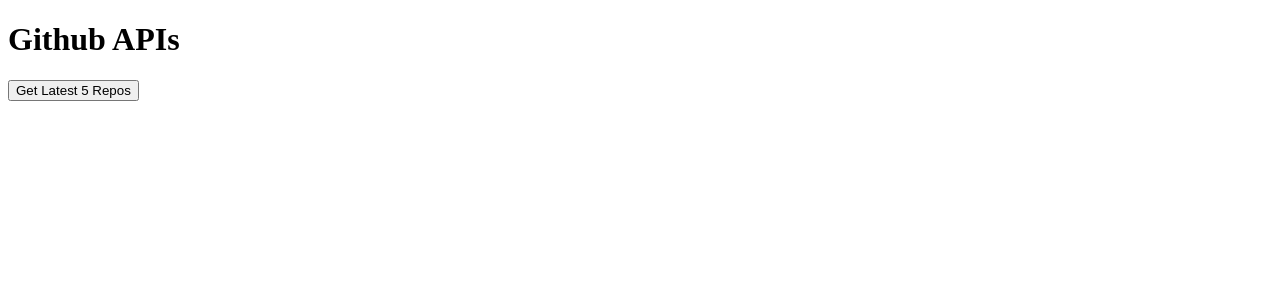
Repository: cod-lab/try
Page: c.html
The author's editor kept a copy of each file at every save. The page is drawn from the files as they stood at one save, then again after the next save.
The browser window is 1280 px wide. The pictures show the whole page.

Above is the page before, as saved 2020-08-12 02:05:38.

### c.html
<!DOCTYPE html>
<html lang="en">
<head>
    <meta charset="UTF-8">
    <meta name="viewport" content="width=device-width, initial-scale=1.0">
    <title>github</title>

    <style type="text/css">
        a:link {
            text-decoration: none;
            font-family: consolas;
            font-size: 15px;
            font-style: italic;
            font-weight: bold;
            color: orange;
        }
        a:hover {
            border-bottom: 1px solid black;
        }
        a:active {
            color: grey;
        }
    </style>

</head>
<body>
    <h1>Github APIs</h1>
    <button id='btnGetLatestRepos'>Get Latest 5 Repos</button>
    <div id='divResult'></div>

    <script type="text/javascript" src="mysrcipt.js"></script>
    <!-- <script>
        const btnGetLatestRepos = document.getElementById('btnGetLatestRepos')
        const divResult = document.getElementById('divResult')

        btnGetLatestRepos.addEventListener('mouseover', get5Repos)

        async function get5Repos() {
            clear();

            const url = "https://api.github.com/users/cod-lab/repos?sort=created"     // get my repos in desc order they created
            const response = await fetch(url)
            const result = await response.json()

            // console.log(result)
            // result.forEach(i=> {

            var j=-1;
            for(var i in result) {
                if(result[i].fork == false)
                {
                    var li = document.createElement('li');
                    var anchor = li.appendChild(document.createElement('a'))

                    // const anchor = document.createElement('a')
                    anchor.href = result[i].html_url;
                    anchor.textContent = result[i].full_name.replace('cod-lab/','');

                    // anchor.classList.add("cls1")

                    // divResult.appendChild(anchor)
                    // divResult.appendChild(document.createElement('br'))
                    divResult.appendChild(li)

                    ++j;
                }
                if(j==4) break;
            }
        }

        async function clear() {              // clear earlier result before printing new
            while(divResult.firstChild)
                divResult.removeChild(divResult.firstChild)
        }
    </script> -->
</body>
</html>

### mysrcipt.js
const btnGetLatestRepos = document.getElementById('btnGetLatestRepos');
const divResult = document.getElementById('divResult');

btnGetLatestRepos.addEventListener('mouseover', get5Repos);

async function get5Repos() {
    clear();

    const url = "https://api.github.com/users/cod-lab/repos?sort=created";     // get my repos in desc order they created
    const response = await fetch(url);
    const result = await response.json();

    // console.log(result)
    // result.forEach(i=> {

    var j=-1;
    for(var i in result) {
        if(result[i].fork == false)
        {
            var li = document.createElement('li');
            var anchor = li.appendChild(document.createElement('a'));

            // const anchor = document.createElement('a')
            anchor.href = result[i].html_url;
            anchor.textContent = result[i].full_name.replace('cod-lab/','');

            // anchor.classList.add("cls1")

            // divResult.appendChild(anchor)
            // divResult.appendChild(document.createElement('br'))
            divResult.appendChild(li);

            ++j;
        }
        if(j==4) break;
    }
}

async function clear() {              // clear earlier result before printing new
    while(divResult.firstChild)
        divResult.removeChild(divResult.firstChild);
}

console.log('this is js file');

After the next save:
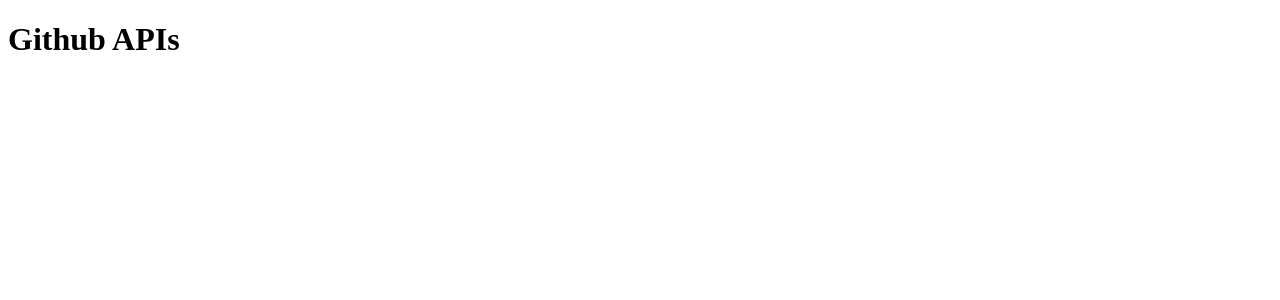
Console error: TypeError: Cannot read properties of null (reading 'addEventListener')
Saved 18 h 43 min later.
--- a/c.html
+++ b/c.html
@@ -25,7 +25,7 @@
 </head>
 <body>
     <h1>Github APIs</h1>
-    <button id='btnGetLatestRepos'>Get Latest 5 Repos</button>
+    <!-- <button id='btnGetLatestRepos'>Get Latest 5 Repos</button> -->
     <div id='divResult'></div>
 
     <script type="text/javascript" src="mysrcipt.js"></script>
